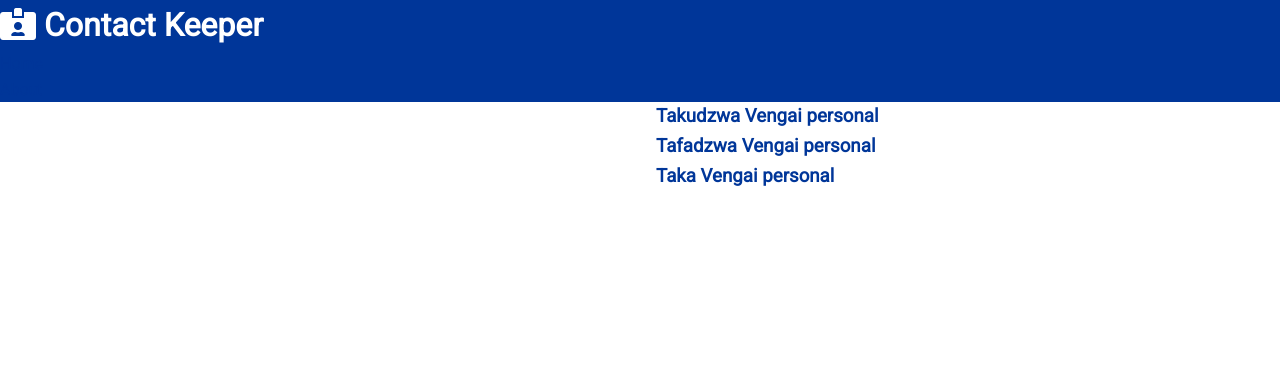
Repository: Takudzwa413/Contact-Keeper
Page: / (app in client/)
An editor plug-in stored every save of this project. The page is shown before and after the next save, followed by the edit.
The browser window is 1280 px wide. The pictures show the whole page.
Some web libraries are served in a nearby version. The project was rebuilt for these pictures with package versions that can differ from the ones it lists, and the page was loaded fresh each time. Also part of the build but not shown: client/src/components/pages/About.js.

Above is the page before, as saved 2020-06-18 21:25:37.

### client/public/index.html
<!DOCTYPE html>
<html lang="en">
  <head>
    <meta charset="utf-8" />
    <link rel="icon" href="%PUBLIC_URL%/favicon.ico" />
    <meta name="viewport" content="width=device-width, initial-scale=1" />
    <meta name="theme-color" content="#000000" />
    <meta
      name="description"
      content="Web site created using create-react-app"
    />
    <link
    rel="stylesheet"
    href="https://use.fontawesome.com/releases/v5.13.0/css/all.css"
    integrity="sha384-Bfad6CLCknfcloXFOyFnlgtENryhrpZCe29RTifKEixXQZ38WheV+i/6YWSzkz3V"
    crossorigin="anonymous"
  />
    <link rel="apple-touch-icon" href="%PUBLIC_URL%/logo192.png" />

    <link rel="manifest" href="%PUBLIC_URL%/manifest.json" />

    <title>ContactKeeper |Takudzwa</title>
  </head>
  <body>
    <noscript>You need to enable JavaScript to run this app.</noscript>
    <div id="root"></div>

  </body>
</html>

### client/src/App.js
import React,{Fragment} from 'react';
import { BrowserRouter as Router, Route,Switch  } from 'react-router-dom';
import Navbar from './components/layout/Navbar';
import Home from './components/pages/Home';
import About from './components/pages/About';

import ContactState from  './context/contact/ContactState'
import './App.css';

function App() {
  return (
    <ContactState>
      <Router>
        <Fragment>
          <Navbar/>
            <div className='container'>
              <Switch>
                <Route exact path='/' component={Home}/>
                <Route exact path='/about' component={About}/>
              </Switch>
            </div>
        </Fragment>
      </Router>
    </ContactState>
  );
}

export default App;

### client/src/components/layout/Navbar.js
import React from 'react';
import PropTypes from 'prop-types'
import { Link } from 'react-router-dom';


const Navbar = ({title ,icon}) => {
    return (
        <div className='Navbar bg-primary'>
            <h1>
                <i className={icon}/> {title}
            </h1>
            <ul>
                <li>
                    <Link to='/'>Home</Link>
                </li>
                <li>
                    <Link to='/about'>About</Link>
                </li>
            </ul>
        </div>
    )
};

Navbar.propTypes ={
    title:PropTypes.string.isRequired,
    icon:PropTypes.string,
}
Navbar.defaultProps ={
    title:'Contact Keeper',
    icon:'fas fa-id-card-alt'
}

export default Navbar

### client/src/components/pages/Home.js
import React from 'react'
import Contacts from '../contacts/Contacts'

const Home = () => {
    return (
        <div className='grid-2'>
            <div>{/*ContactForm*/}</div>
            <div>
                <Contacts/>
            </div>

        </div>
    )
}
export default Home;

### client/src/context/contact/ContactState.js
import React ,{  useReducer } from 'react';
import uuid from 'uuid';
import ContactContext from './contactContext';
import contactReducer from './contactReducer';
import {
    ADD_CONTACT,
    DELETE_CONTACT,
    SET_CURRENT,
    CLEAR_CURRENT,
    UPDATE_CONTACT,
    FILTER_CONTACTS,
    CLEAR_FILTER
} from '../types'


const ContactState = props =>{
    const initialState = {
        contacts :[
            {
                id:1,
                name:'Takudzwa Vengai',
                email:'tvengai75@gmail.com',
                phone:'222-222-333-333',
                type:'personal'
            },
            {
                id:2,
                name:'Tafadzwa Vengai',
                email:'tfvengai75@gmail.com',
                phone:'222-222-333-333',
                type:'personal'
            },
            {
                id:3,
                name:'Taka Vengai',
                email:'takavengai75@gmail.com',
                phone:'222-222-333-333',
                type:'personal'
            }
        ]
    }
    const [state,dispatch] = useReducer(contactReducer , initialState);

    //Add Contact

    //delete contact

    //set current contact

    //clear current contact

    //update contact


    //filter contact


    //clear filter

    return(
        <ContactContext.Provider
        value={{
            contacts:state.contacts
        }}>
            {props.children}

        </ContactContext.Provider>
    )

}

export default ContactState;

### client/src/components/contacts/Contacts.js
import React,{ Fragment,useContext } from 'react';
import ContactItem from './ContactItem'
import ContactContext from '../../context/contact/contactContext'

const Contacts = () => {

    const contactContext = useContext(ContactContext);
    const { contacts } = contactContext;
    return (
        <Fragment>
            {contacts.map(contact=> (
              <ContactItem key={contact.id} contact={contact}/>
               ))}
        </Fragment>
    )
}
export default Contacts

### client/src/context/types.js
export const ADD_CONTACT = 'ADD_CONTACT';
export const DELETE_CONTACT = 'DELETE_CONTACT';
export const SET_CURRENT = 'SER_CURRENT';
export const CLEAR_CURRENT = 'CLEAR_CURRENT';
export const UPDATE_CONTACT =  'UPDATE_CONTACT';
export const FILTER_CONTACTS = 'FILTER_CONTACTS';
export const CLEAR_FILTER = 'CLEAR_FILTER';
export const SET_ALERT = 'SET_ALERT';
export const REMOVE_ALERT = 'REMOVE_ALERT'

### client/src/components/contacts/ContactItem.js
import React from 'react'

const ContactItem = ({contact}) => {

    const {id, name, email, phone,type} = contact;
    return (
        <div ContactItem='card bg-light'>
            <h3 className="text-primary text-left">
                {name}{''} <span className={'badge' + (type === 'professional'?
                'badge-success'  : 'badge-primary')}>{type}</span>
            </h3>

        </div>
    )
}
export default ContactItem;

Loaded but not shown: client/src/index.js (common file); client/src/App.css (common file); client/src/context/contact/contactContext.js (common file); client/src/context/contact/contactReducer.js (common file)

After the next save:
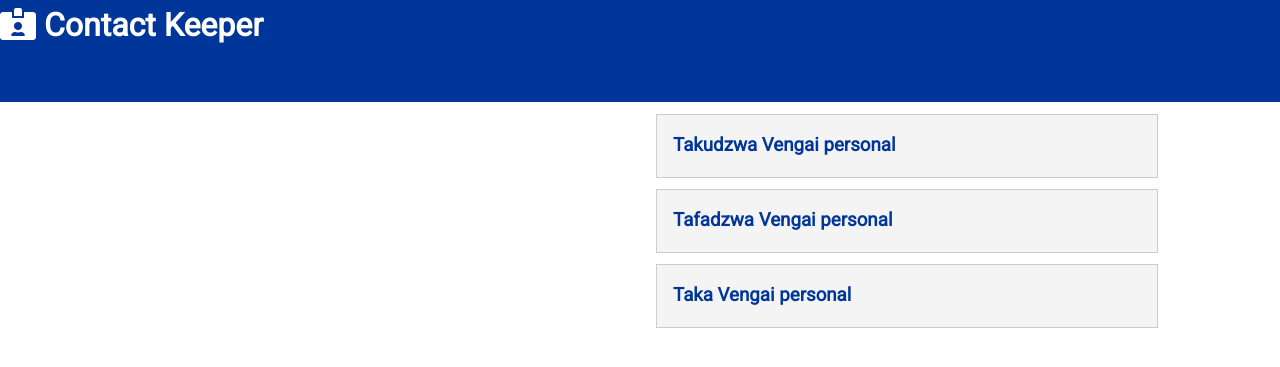
Saved 4 min 41 s later.
--- a/client/src/components/contacts/ContactItem.js
+++ b/client/src/components/contacts/ContactItem.js
@@ -4,7 +4,7 @@
 
     const {id, name, email, phone,type} = contact;
     return (
-        <div ContactItem='card bg-light'>
+        <div className='card bg-light'>
             <h3 className="text-primary text-left">
                 {name}{''} <span className={'badge' + (type === 'professional'?
                 'badge-success'  : 'badge-primary')}>{type}</span>
